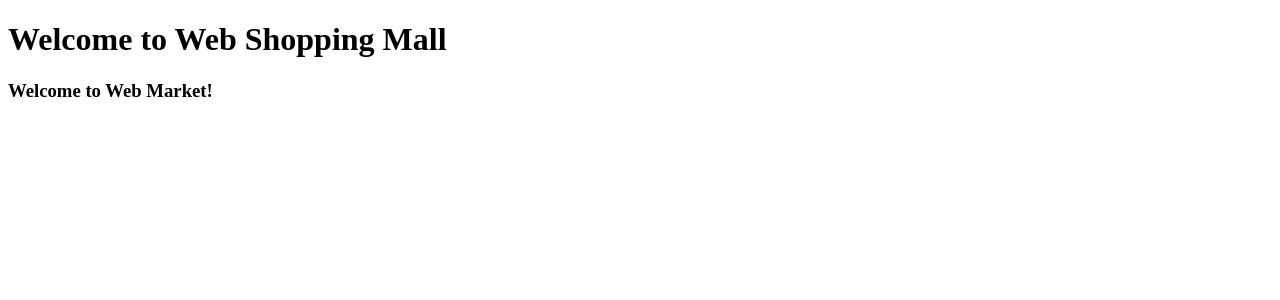
Repository: potatoy1/learning-jsp
Page: http://localhost/JSPBook/welcome.jsp
These files come from the project's save history. The page is drawn as it stood at one moment and after the next save; the edit follows.
The browser window is 1280 px wide. The pictures show the whole page.
The page is served by Tomcat 9. Other server files are loaded and not shown.

Above is the page before, as saved 2022-09-26 08:27:21.

### JSPBook/WebContent/welcome.jsp
<%@ page language="java" contentType="text/html; charset=UTF-8"%>
<!DOCTYPE html>
<html>
<head>
<line rel="stylesheet" href="https://maxcdn.bootstrapcdn.com/bootstrap/4.0.0/css/bootstrap.min.css">
<title>Welcome</title>
</head>
<body>
	<%! // 선언문
		// 전역변수
		String greeting = "Welcome to Web Shopping Mall";
		String tagline = "Welcome to Web Market!";
	%>
	<!-- 표현문 -->
	<h1><%=greeting%></h1>
	<h3><%=tagline%></h3>
</body>
</html>

After the next save:
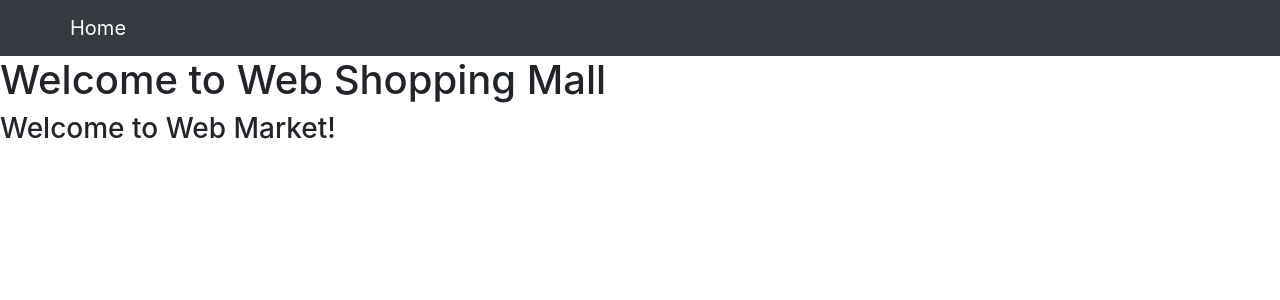
Saved 2 min 11 s later.
--- a/JSPBook/WebContent/welcome.jsp
+++ b/JSPBook/WebContent/welcome.jsp
@@ -2,10 +2,20 @@
 <!DOCTYPE html>
 <html>
 <head>
-<line rel="stylesheet" href="https://maxcdn.bootstrapcdn.com/bootstrap/4.0.0/css/bootstrap.min.css">
+<link rel="stylesheet" href="https://maxcdn.bootstrapcdn.com/bootstrap/4.0.0/css/bootstrap.min.css">
 <title>Welcome</title>
 </head>
 <body>
+	<nav class="navbar navbar-expand navbar-dark bg-dark">
+		<!-- 내용이 들어간다. -->
+		<div class="container">
+			<div class="navbar-header">
+				<a class = "navbar-brand" href="./welcome.jsp">Home</a>
+
+			</div>
+
+		</div>
+	</nav>
 	<%! // 선언문
 		// 전역변수
 		String greeting = "Welcome to Web Shopping Mall";
